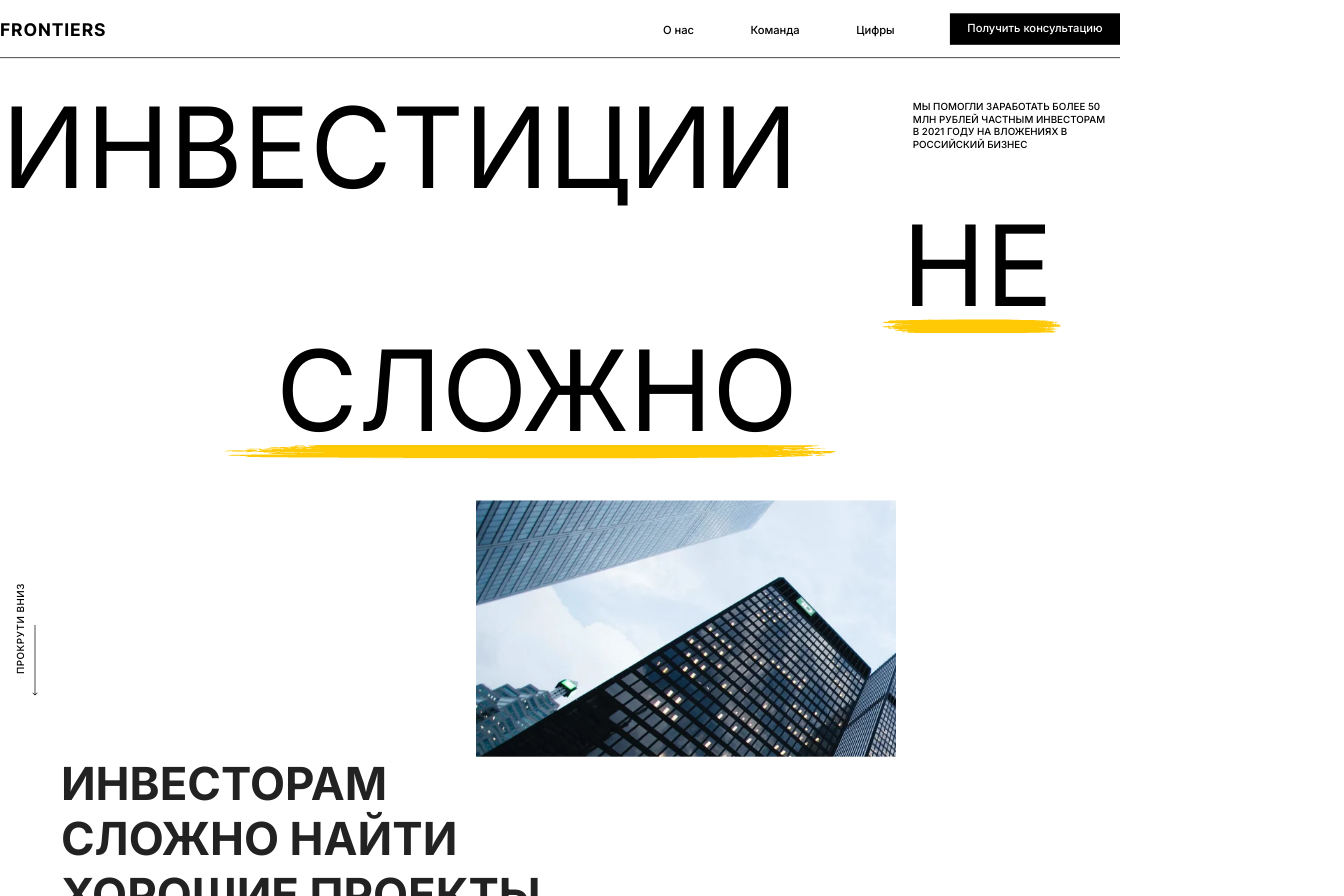
Repository: NadyaKorvin/frontiers
Page: /
The author's editor kept a copy of each file at every save. The page is drawn from the files as they stood at one save, then again after the next save.
The browser window is 1280 px wide. The page is 1920 px wide, so the pictures cover 1920 px, including what lies to the right of the window. The pictures show the part of the page from y = 0 to 1280 px (the page is 2633 px tall), at 70% of full size.
The project was rebuilt for these pictures with package versions that can differ from the ones it lists, and the page was loaded fresh each time.

Above is the page before, as saved 2022-05-26 18:04:02.

### public/index.html
<!DOCTYPE html>
<html lang="en">
  <head>
    <meta charset="utf-8" />
    <link rel="icon" href="%PUBLIC_URL%/favicon.ico" />
    <meta name="viewport" content="width=device-width, initial-scale=1" />
    <meta name="theme-color" content="#000000" />
    <meta name="description" content="Web site created using create-react-app" />
    <link rel="apple-touch-icon" href="%PUBLIC_URL%/logo192.png" />
    <link rel="manifest" href="%PUBLIC_URL%/manifest.json" />
    <link rel="preconnect" href="https://fonts.googleapis.com" />
    <link rel="preconnect" href="https://fonts.gstatic.com" crossorigin />
    <link href="https://fonts.googleapis.com/css2?family=Inter:wght@300;400;500;700&display=swap" rel="stylesheet" />
    <title>FRONTIERS</title>
  </head>
  <body>
    <noscript>You need to enable JavaScript to run this app.</noscript>
    <div id="root"></div>
  </body>
</html>

### src/index.js
import React from "react"
import ReactDOM from "react-dom/client"

import App from "./App"

const root = ReactDOM.createRoot(document.getElementById("root"))
root.render(
  <React.StrictMode>
    <App />
  </React.StrictMode>
)

### src/App.js
import { useState } from "react";
import "./App.css";
import { SecondScreenAnimation } from "./components/secondScreen/SecondScreenAnimation";
import FirstScreen from "./components/firstScreen/FirstScreen";
import LastScreen from "./components/lastScreen/LastScreen";

function App() {
  const [mousePosition, setMousePosition] = useState("");

  const listenUpperMousePosition = (event) => {
    console.log(event);
    console.log(event.target);
    setMousePosition(event.target);
  };

  return (
    <>
      <FirstScreen />
      <div className="App">
        <SecondScreenAnimation listenMousePosition={listenUpperMousePosition} />
      </div>
      <LastScreen />
    </>
  );
}
export default App;

### src/App.css
@import url("./reset.css");
@import url("./components/secondScreen/SecondScreen.css");
@import url("./font/font.css");
@import url("./components/firstScreen/FirstScreen.css");
@import url("./components/lastScreen/LastScreen.css");
@import url("./components/button/Button.css");
@import url("./components/form/Form.css");

body {
  font-family: "Inter";
}

### src/components/secondScreen/SecondScreenAnimation.js
export function SecondScreenAnimation({ listenMousePosition, mousePosition }) {
  let goUp = ""
  const goUpBlackLines = (mousePosition) => {
    if (mousePosition === "animation__text_first_part") {
      goUp = "up"
      return goUp
    }
  }
  goUpBlackLines(mousePosition)
  console.log(goUp)
  return (
    <div className="animation__text_block">
      {goUp != "up" ? (
        <div>
          <div className="animation__text" onMouseOver={listenMousePosition}>
            <p className="animation__text_first_part">Инвесторам сложно найти хорошие проекты,</p>
            <p className="animation__text_second_part">а хорошим проектам — инвестиции.</p>
          </div>
          <div className="animation__black_lines">
            <div className="animation__1th_black_line"></div>
            <div className="animation__2th_black_line"></div>
            <div className="animation__3th_black_line"></div>
          </div>
        </div>
      ) : (
        <div>
          <div className="animation__text" onMouseOver={listenMousePosition}>
            <p className="animation__text_first_part" style={{ color: "#fff" }}>
              Инвесторам сложно найти хорошие проекты,
            </p>
            <p className="animation__text_second_part" style={{ color: "#000" }}>
              а хорошим проектам — инвестиции.
            </p>
          </div>
          <div className="animation__black_lines">
            <div className="animation__1th_black_line" style={{ width: "484px", marginTop: "-475px" }}></div>
            <div className="animation__2th_black_line" style={{ width: "586px" }}></div>
            <div className="animation__3th_black_line" style={{ width: "722px" }}></div>
          </div>
        </div>
      )}
    </div>
  )
}

### src/components/firstScreen/FirstScreen.js
import React from "react";
import image from "./image.webp";

export default function firstScreen() {
  const pointer = (
    <svg
      width="8"
      height="101"
      viewBox="0 0 8 101"
      fill="none"
      xmlns="http://www.w3.org/2000/svg"
    >
      <path
        d="M4.35355 100.356C4.15829 100.551 3.84171 100.551 3.64645 100.356L0.464466 97.1735C0.269204 96.9783 0.269204 96.6617 0.464466 96.4664C0.659728 96.2712 0.976311 96.2712 1.17157 96.4664L4 99.2948L6.82843 96.4664C7.02369 96.2712 7.34027 96.2712 7.53553 96.4664C7.7308 96.6617 7.7308 96.9783 7.53553 97.1735L4.35355 100.356ZM3.5 100.002L3.5 0.00195312H4.5L4.5 100.002H3.5Z"
        fill="black"
      />
    </svg>
  );

  return (
    <>
      <section className="firstscreen">
        <header className="firstscreen__header">
          <div className="firstscreen__logotype">FRONTIERS</div>
          <div className="firstscreen__menu">
            <div className="firstscreen__nav">
              <nav className="firstscreen__nav_team">
                <ul>О нас</ul>
                <ul>Команда</ul>
                <ul>Цифры</ul>
              </nav>
            </div>
            <div className="firstscreen__button">
              <p className="firstscreen__text_btn">Получить консультацию</p>
            </div>
          </div>
        </header>
        <div className="firstscreen__content">
          <div className="firstscreen__content_left_text">
            <p>ИНВЕСТИЦИИ</p>
            <div>
              <p>СЛОЖНО</p>
              <div className="firstscreen__content_vector_complex" />
            </div>
          </div>
          <div className="firstscreen__content_rihgt_text">
            <div className="firstscreen__content_rihgt_text_up">
              <p>
                Мы помогли заработать более 50 млн рублей частным инвесторам в
                2021 году на вложениях в российский бизнес
              </p>
            </div>
            <div className="firstscreen__content_rihgt_text_down">
              <p>НЕ</p>
              <div className="firstscreen__content_vector_not" />
            </div>
          </div>
        </div>
        <div className="firstscreen__content_bottom_content">
          <div className="firstscreen__content_bottom_content_left">
            <div className="firstscreen__content_bottom_content_left_scrolldown">
              <p>ПРОКРУТИ ВНИЗ</p>
            </div>
            <div className="firstscreen__content_pointer">{pointer}</div>
          </div>
          <div className="firstscreen__content_bottom_content_right">
            <div className="firstscreen__img" />
          </div>
        </div>
      </section>
    </>
  );
}

### src/components/lastScreen/LastScreen.js
import React from "react";
import Form from "../form/Form"
import LogoKojo from "./LogoKojo"

export default function LastScreen() {
  return (
    <>
      <section className="lastscreen">
        <div className="lastscreen__wrapper">
          <div className="lastscreen__left_content">
            <p>
              ОТПРАВЬТЕ НАМ ЗАЯВКУ НА КОНСУЛЬТАЦИЮ И МЫ ПОДБЕРЕМ ДЛЯ ВАС
              НАИБОЛЕЕ ПОДХОДЯЩУЮ СТРАТЕГИЮ
            </p>
          </div>
          <div className="lastscreen__right_content">
            <div className="lastscreen__text_form">
              <p>ЗАПОЛНИТЕ ФОРМУ И МЫ С ВАМИ СВЯЖЕМСЯ В БЛИЖАЙШЕЕ ВРЕМЯ</p>
            </div>
            <Form />
          </div>
        </div>
        <footer className="lastscreen__footer">
          <div className="lastscreen__contact">
            <p>КОНТАКТЫ</p>
            <p>Санкт-Петербург, Невский пр-кт, 71 (5 этаж)</p>
            <p>+7 000 987 6543</p>
            <p><a href="mailto:info@frontiers.ru" >info@frontiers.ru</a></p>
          </div>
          <div className="lastscreen__design">
            <p>Дизайн и разработка</p>
            <LogoKojo />
          </div>
          <div className="lastscreen__frontiers">
            <p>FRONTIERS</p>
            <p>Политика конфиденциальности</p>
            <p>© 2022 Frontiers Group</p>
          </div>
        </footer>
      </section>
    </>
  );
}

### src/reset.css
html,
body,
div,
span,
applet,
object,
iframe,
h1,
h2,
h3,
h4,
h5,
h6,
p,
blockquote,
pre,
a,
abbr,
acronym,
address,
big,
cite,
code,
del,
dfn,
em,
img,
ins,
kbd,
q,
s,
samp,
small,
strike,
strong,
sub,
sup,
tt,
var,
b,
u,
i,
center,
dl,
dt,
dd,
ol,
ul,
li,
fieldset,
form,
label,
legend,
table,
caption,
tbody,
tfoot,
thead,
tr,
th,
td,
article,
aside,
canvas,
details,
embed,
figure,
figcaption,
footer,
header,
hgroup,
menu,
nav,
output,
ruby,
section,
summary,
time,
mark,
audio,
video {
  margin: 0;
  padding: 0;
  border: 0;
  font-size: 100%;
  font: inherit;
  vertical-align: baseline;
}

:focus {
  outline: 0;
}

article,
aside,
details,
figcaption,
figure,
footer,
header,
hgroup,
menu,
nav,
section {
  display: block;
}

body {
  line-height: 1;
}

ol,
ul {
  list-style: none;
}

blockquote,
q {
  quotes: none;
}

blockquote:before,
blockquote:after,
q:before,
q:after {
  content: "";
  content: none;
}

table {
  border-collapse: collapse;
  border-spacing: 0;
}

input[type="search"]::-webkit-search-cancel-button,
input[type="search"]::-webkit-search-decoration,
input[type="search"]::-webkit-search-results-button,
input[type="search"]::-webkit-search-results-decoration {
  -webkit-appearance: none;
  -moz-appearance: none;
}

input[type="search"] {
  -webkit-appearance: none;
  -moz-appearance: none;
  -webkit-box-sizing: content-box;
  -moz-box-sizing: content-box;
  box-sizing: content-box;
}

textarea {
  overflow: auto;
  vertical-align: top;
  resize: vertical;
}

[hidden] {
  display: none;
}

html {
  font-size: 100%; /* 1 */
  -webkit-text-size-adjust: 100%; /* 2 */
  -ms-text-size-adjust: 100%; /* 2 */
}

a:focus {
  outline: thin dotted;
}

a:active,
a:hover {
  outline: 0;
}

img {
  border: 0;
  -ms-interpolation-mode: bicubic;
}

figure {
  margin: 0;
}

form {
  margin: 0;
}

fieldset {
  border: 1px solid #c0c0c0;
  margin: 0 2px;
  padding: 0.35em 0.625em 0.75em;
}

legend {
  border: 0; /* 1 */
  padding: 0;
  white-space: normal; /* 2 */
  *margin-left: -7px; /* 3 */
}

button,
input,
select,
textarea {
  font-size: 100%; /* 1 */
  margin: 0; /* 2 */
  vertical-align: baseline; /* 3 */
  *vertical-align: middle; /* 3 */
}

button,
input {
  line-height: normal;
}

button,
select {
  text-transform: none;
}

button,
html input[type="button"], /* 1 */
input[type="reset"],
input[type="submit"] {
  -webkit-appearance: button; /* 2 */
  cursor: pointer; /* 3 */
  *overflow: visible; /* 4 */
}

button[disabled],
html input[disabled] {
  cursor: default;
}

input[type="checkbox"],
input[type="radio"] {
  box-sizing: border-box; /* 1 */
  padding: 0; /* 2 */
  *height: 13px; /* 3 */
  *width: 13px; /* 3 */
}

input[type="search"] {
  -webkit-appearance: textfield; /* 1 */
  -moz-box-sizing: content-box;
  -webkit-box-sizing: content-box; /* 2 */
  box-sizing: content-box;
}

input[type="search"]::-webkit-search-cancel-button,
input[type="search"]::-webkit-search-decoration {
  -webkit-appearance: none;
}

button::-moz-focus-inner,
input::-moz-focus-inner {
  border: 0;
  padding: 0;
}

textarea {
  overflow: auto; /* 1 */
  vertical-align: top; /* 2 */
}

table {
  border-collapse: collapse;
  border-spacing: 0;
}

html,
button,
input,
select,
textarea {
  color: #222;
}

::-moz-selection {
  background: #b3d4fc;
  text-shadow: none;
}

::selection {
  background: #b3d4fc;
  text-shadow: none;
}

img {
  vertical-align: middle;
}

fieldset {
  border: 0;
  margin: 0;
  padding: 0;
}

textarea {
  resize: vertical;
}

.chromeframe {
  margin: 0.2em 0;
  background: #ccc;
  color: #000;
  padding: 0.2em 0;
}

### src/components/secondScreen/SecondScreen.css
.second__screen {
  display: flex;
  justify-content: space-between;
  margin: 0 auto;
  margin-top: 174px;
  /* придкмать решение сделать по центру*/
  display: flex;
  width: 1600px;
  height: 733px;
}

.animation__text_block {
  display: block;
  margin-left: 87px;
}

.animation__text_first_part,
.animation__text_second_part {
  width: 770px;
  text-transform: uppercase;
  font-size: 65px;
  font-weight: 700;
  line-height: 79px;
  transition: 0.6s ease-out;
}

.animation__text_second_part {
  color: #fff;
}

.animation__black_lines {
  margin-left: -10px;
  margin-top: -236px;
}

.animation__1th_black_line {
  margin-bottom: 5px;
  height: 75px;
  width: 444px;
  background-color: #000;
  transition: 0.6s ease-out;
}

.animation__2th_black_line {
  margin-bottom: 5px;
  height: 75px;
  width: 475px;
  background-color: #000;
  transition: 0.6s ease-out;
}
.animation__3th_black_line {
  height: 75px;
  width: 502px;
  background-color: #000;
  transition: 0.6s ease-out;
}

.right__part {
  display: flex;
  margin-left: 190px;
  flex-direction: column;
}

.conversation__image {
  margin-right: 222px;
  display: block;
  width: 400px;
  height: 400px;
  background: url("../secondScreen/people.png");
}

.decoration_marks {
  margin-top: -110px;
  transform: rotate(-180deg);
  font-size: 200px;
  font-weight: 300;
}

.text_paragraph {
  margin-left: 90px;
  width: 431px;
  font-size: 18px;
  font-weight: 400;
  line-height: 23px;
  text-transform: uppercase;
  line-height: 130%;
}

### src/font/font.css
@font-face {
  font-family: "Inter";
  src:
    url("./Inter-Bold.ttf") format("truetype")
    url("./Inter-Bold.woff2") format("woff2"),
    url("./Inter-Bold.woff") format("woff");
  font-weight: 700;
  font-style: normal;
  font-stretch: normal;
  unicode-range: U+0020-E0D0;
}

@font-face {
  font-family: "Inter";
  src:
    url("./Inter-Regular.woff2") format("woff2"),
    url("./Inter-Regular.ttf") format("truetype")
    url("./Inter-Regular.woff") format("woff");
  font-weight: 400;
  font-style: normal;
  font-stretch: normal;
  unicode-range: U+0020-E0D0;
}

@font-face {
    font-family:'Inter Medium';
    src:
        url("./Inter-Medium.ttf") format("truetype")
        url('Inter-Medium.woff2') format('woff2'),
		url('Inter-Medium.woff') format('woff');
    font-weight: 500;
    font-style: normal;
    font-stretch: normal;
    unicode-range: U+0020-E0D0;
}

@font-face {
    font-family:'Inter Light';
    src:
        url("./Inter-Light.ttf") format("truetype")
        url('Inter-Light.woff2') format('woff2'),
		url('Inter-Light.woff') format('woff');
    font-weight: 300;
    font-style: normal;
    font-stretch: normal;
    unicode-range: U+0020-E0D0;
}

### src/components/firstScreen/FirstScreen.css
.firstscreen {
  height: 1080px;
}

.firstscreen__header {
  width: 1600px;
  height: 82px;
  margin: 0 auto;
  border-bottom: 1px solid #000000;
  display: flex;
  justify-content: space-between;
}

.firstscreen__logotype {
  width: 151px;
  height: 30px;
  padding-top: 27px;
  font-family: "Inter";
  font-style: normal;
  font-weight: 700;
  font-size: 25px;
  line-height: 30px;
  letter-spacing: 0.05em;
  color: #000000;
}

.firstscreen__menu {
  width: 653px;
  display: flex;
  justify-content: space-between;
}

.firstscreen__nav {
  margin-top: 33px;
  width: 331px;
}

.firstscreen__nav_team {
  display: flex;
  justify-content: space-between;
  font-family: "Inter";
  font-style: normal;
  font-weight: 500;
  font-size: 16px;
  line-height: 19px;
  color: #000000;
}

.firstscreen__button {
  margin-top: 19px;
  width: 243px;
  height: 45px;
  background: #000000;
}

.firstscreen__text_btn {
  padding-top: 12px;
  padding-bottom: 12px;
  font-family: "Inter";
  font-style: normal;
  font-weight: 500;
  font-size: 16px;
  line-height: 19px;
  text-align: center;
  color: #ffffff;
}

.firstscreen__content {
  margin: 0 auto;
  width: 1600px;
  margin-top: 30px;
  display: flex;
}

.firstscreen__content_left_text {
  width: 1140px;
  height: 542px;
  display: flex;
  flex-direction: column;
  justify-content: space-between;
  text-align: end;
  font-family: "Inter";
  font-style: normal;
  font-weight: 400;
  font-size: 160px;
  line-height: 194px;
  text-transform: uppercase;
  color: #000000;
}

.firstscreen__content_vector_complex {
  margin-top: -20px;
  margin-left: 320px;
  width: 874px;
  height: 20px;
  background: url("./complex.svg");
}

.firstscreen__content_rihgt_text {
  margin-top: 30px;
  margin-left: 164px;
  width: 279px;
  height: 332px;
}

.firstscreen__content_rihgt_text_up {
  font-family: "Inter";
  font-style: normal;
  font-weight: 500;
  font-size: 14px;
  line-height: 130%;
  text-transform: uppercase;
  color: #000000;
}

.firstscreen__content_rihgt_text_down {
  margin-top: 66px;
  margin-left: -15px;
  width: 215px;
  height: 194px;
  font-family: "Inter";
  font-style: normal;
  font-weight: 400;
  font-size: 160px;
  line-height: 194px;
  text-transform: uppercase;
  color: #000000;
}

.firstscreen__content_vector_not {
  margin-top: -20px;
  margin-left: -30px;
  width: 256px;
  height: 20px;
  background: url(./not.svg);
}

.firstscreen__content_bottom_content {
  margin: 0 auto;
  margin-top: 60px;
  max-width: 1920px;
  display: flex;
  justify-content: space-between;
}

.firstscreen__content_bottom_content_left {
  display: flex;
}

.firstscreen__content_bottom_content_left_scrolldown {
  margin-left: 139px;
  font-family: "Inter";
  font-style: normal;
  font-weight: 500;
  font-size: 14px;
  line-height: 17px;
  letter-spacing: 0.05em;
  color: #000000;
  transform: rotate(-90deg);
}

.firstscreen__content_pointer {
  margin-top: 178px;
  margin-left: -223px;
}

.firstscreen__content_bottom_content_right {
  padding-left: 160px;
  min-width: 600px;
  min-height: 366px;
}

.firstscreen__img {
  max-width: 100%;
  height: 366px;
  background: url(./image.webp);
}

### src/components/lastScreen/LastScreen.css
.lastscreen {
  width: 1920px;
  height: 1080px;
}

.lastscreen__wrapper {
  position: relative;
  top: 109px;
  left: 170px;
  display: flex;
  justify-content: space-between;
  width: 1590px;
  height: 553px;
}

.lastscreen__left_content {
  position: relative;
  width: 775px;
  height: 553px;
  box-sizing: border-box;
  font-family: "Inter";
  font-style: normal;
  font-weight: 700;
  font-size: 65px;
  line-height: 79px;
  text-transform: uppercase;
  color: #000000;
}

.lastscreen__right_content {
  position: relative;
  width: 529px;
  height: 553px;
}

.lastscreen__text_form {
  width: 529px;
  height: 46px;
  left: 1231px;
  top: 4438px;
  font-family: "Inter";
  font-style: normal;
  font-weight: 400;
  font-size: 18px;
  line-height: 130%;
  text-transform: uppercase;
  color: #000000;
}

.lastscreen__footer {
  position: relative;
  margin: 308px 160px 0;
  width: 1600px;
  border-top: 1px solid #000000;
  bottom: 0px;
  display: flex;
  justify-content: space-between;
}

.lastscreen__contact {
  width: 357px;
}

.lastscreen__contact > p:nth-child(1) {
  padding: 33px 0 20px;
  font-family: "Inter";
  font-style: normal;
  font-weight: 700;
  font-size: 25px;
  line-height: 30px;
  color: #000000;
}

.contact > p:nth-child(2),
.contact > p:nth-child(3),
.contact > p:nth-child(4) {
  padding-bottom: 15px;
}

.design {
  padding-top: 150px;
  width: 260px;
  display: flex;
  margin-left: -80px;
  justify-content: space-between;
}

.frontiers {
  width: 250px;
  text-align: end;
}

.lastscreen__frontiers > p:nth-child(1) {
    padding: 30px 0 57px;
    font-family: "Inter";
    font-style: normal;
    font-weight: 700;
    font-size: 25px;
    line-height: 30px;
    color: #000000;
  }

.lastscreen__frontiers > p:nth-child(2),
.lastscreen__frontiers > p:nth-child(3) {
    padding-bottom: 15px;
}

a {
    text-decoration: none;
    color: #000000;
}

### src/components/button/Button.css
.form__button {
  position: relative;
  display: block;
  width: 243px;
  height: 55px;
  font-family: "Inter";
  font-size: 16px;
  background-color: #000000;
  border: 0;
  text-align: center;
  cursor: pointer;
  font-family: "Inter";
  font-style: normal;
  font-weight: 500;
  font-size: 16px;
  line-height: 19px;
  color: #ffffff;
}

### src/components/form/Form.css
.form {
  margin-top: 60px;
  width: 529px;
  height: 355px;
  border-top: 1px solid #d1d1d1;
}

.form__input,
.form__textarea {
  width: 529px;
  height: 80px;
  border: 0;
  outline: none;
  font-size: 18px;
  color: #000000;
  text-transform: uppercase;
}

.form__textarea {
  height: 80px;
  line-height: 80px;
  overflow: hidden;
  /* resize: none; */
}

.form__borders {
  border-bottom: 1px solid #d1d1d1;
}

.form__consent {
  display: -webkit-box;
  display: -ms-flexbox;
  display: flex;
  margin: 30px 0 0;
}

.form__policy_text {
  margin-top: 15px;
  margin-left: 15px;
  width: 250px;
  height: 40px;
  box-sizing: border-box;
  font-family: "Inter";
  font-style: normal;
  font-weight: 400;
  font-size: 13px;
  line-height: 150%;
  color: #787878;
}

.form__checkbox {
  opacity: 0;
  width: 0;
}

.form__checkfake {
  margin: 15px 0;
  display: block;
  width: 15px;
  height: 15px;
  border: 1px solid #1f1f1f;
  cursor: pointer;
}

.form__checkfake::before {
  content: "";
  position: absolute;
  display: block;
  width: 14px;
  height: 14px;
  background: url("./checkmark.svg");
  opacity: 0;
}

.form__checkbox:checked + .form__checkfake::before {
  opacity: 1;
}

.form__focus {
  text-transform: uppercase;
  color: #ff0000;
  margin-bottom: 10px;
  font-size: 13px;
}

.form__focus_consent {
  position: relative;
  top: 10px;
  text-transform: uppercase;
  color: #ff0000;
  font-size: 13px;
}

.form__btn {
    margin-top: 14px;
  position: relative;
  overflow: hidden;
}

### src/components/button/Button.js
import React from "react";

export default function Button({ title }) {
  return (
    <>
      <button className="form__button" >
        {title}
      </button>
    </>
  );
}

Loaded but not shown: src/components/lastScreen/LogoKojo.js (76 lines, source omitted); src/components/form/Form.js (142 lines, source omitted)

After the next save:
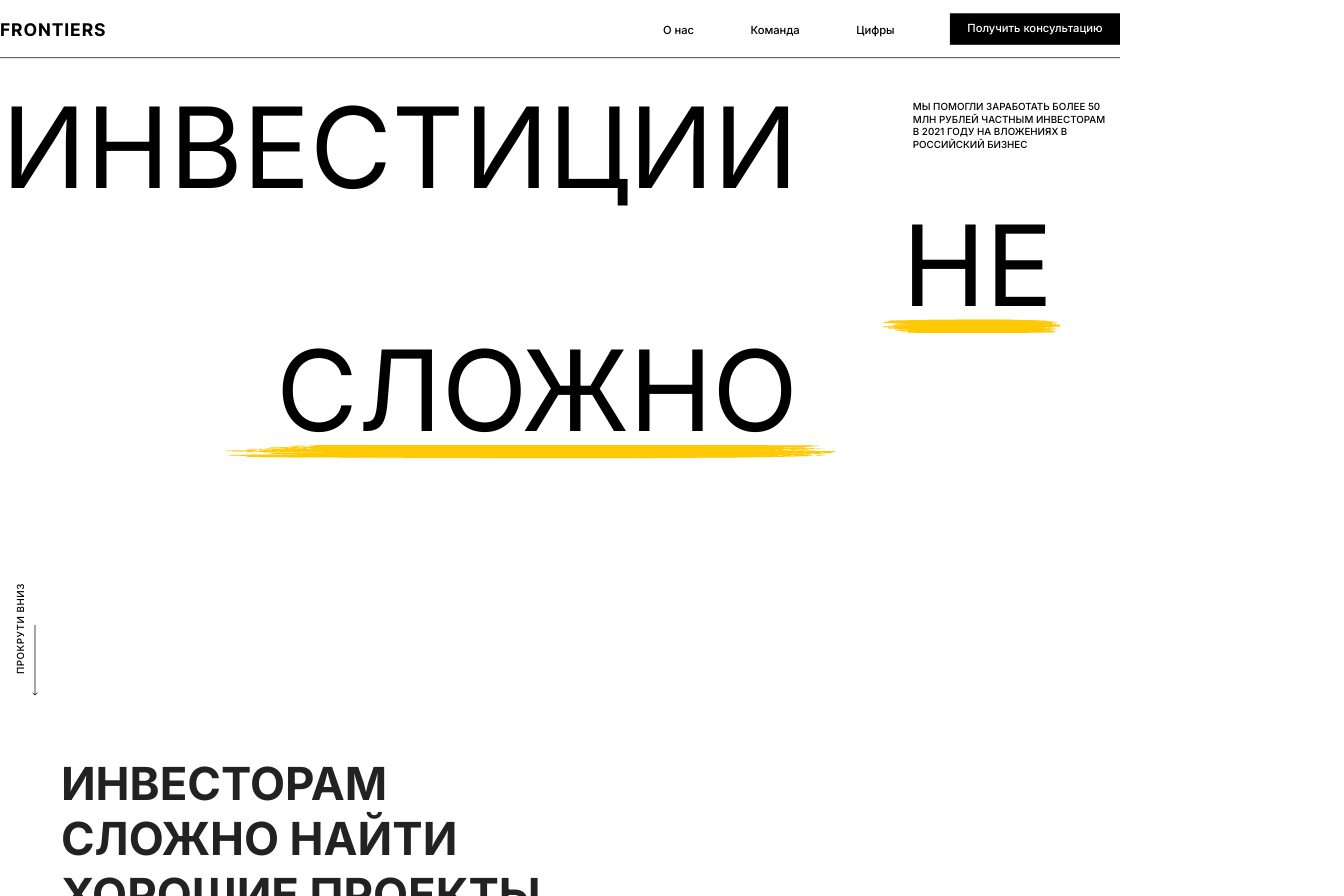
Saved 27 s later.
--- a/src/components/firstScreen/FirstScreen.css
+++ b/src/components/firstScreen/FirstScreen.css
@@ -165,9 +165,6 @@
 }
 
 .firstscreen__content_bottom_content_right {
-  padding-left: 160px;
-  min-width: 600px;
-  min-height: 366px;
 }
 
 .firstscreen__img {
